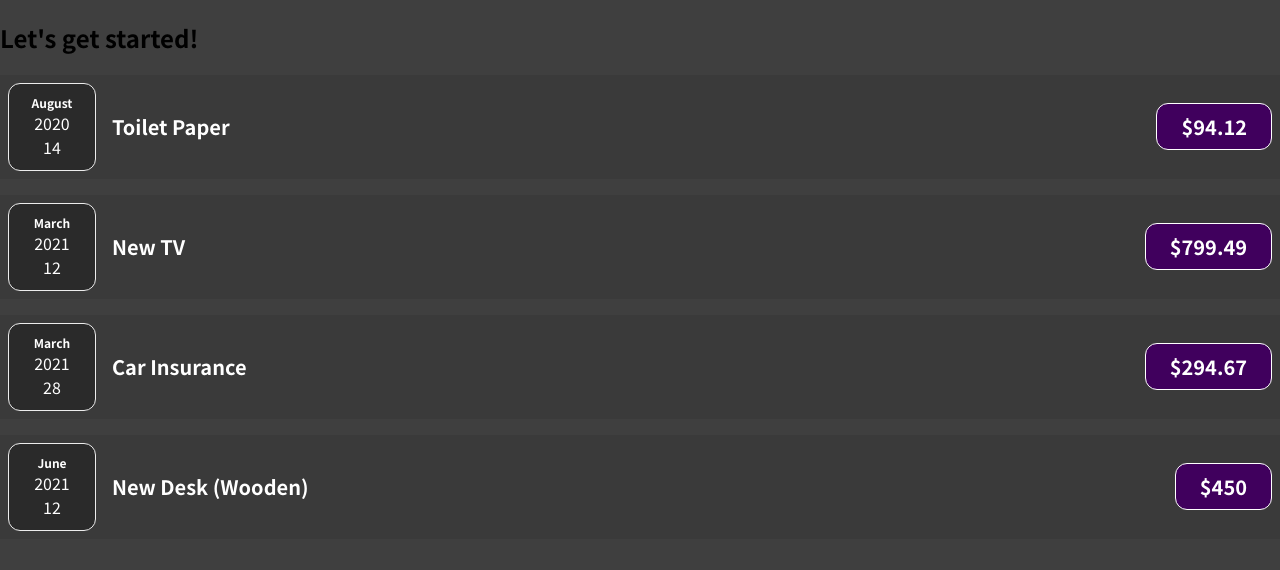
Repository: pial0007l/React
Page: / (app in 01-starting-setup/)
An editor plug-in stored every save of this project. The page is shown before and after the next save, followed by the edit.
The browser window is 1280 px wide. The pictures show the whole page.
The project was rebuilt for these pictures with package versions that can differ from the ones it lists, and the page was loaded fresh each time.

Above is the page before, as saved 2021-07-03 14:24:46.

### 01-starting-setup/src/App.js
import ExpenseItem from './components/ExpenseItem'

function App() {
  const expenses = [
    {
      id: 'e1',
      title: 'Toilet Paper',
      amount: 94.12,
      date: new Date(2020, 7, 14),
    },
    { id: 'e2', title: 'New TV', amount: 799.49, date: new Date(2021, 2, 12) },
    {
      id: 'e3',
      title: 'Car Insurance',
      amount: 294.67,
      date: new Date(2021, 2, 28),
    },
    {
      id: 'e4',
      title: 'New Desk (Wooden)',
      amount: 450,
      date: new Date(2021, 5, 12),
    },
  ];
  return (
    <div>
      <h2>Let's get started!</h2>

      <ExpenseItem
        title = {expenses[0].title}
        date = {expenses[0].date}
        amount = {expenses[0].amount}
      />
       <ExpenseItem
        title = {expenses[1].title}
        date = {expenses[1].date}
        amount = {expenses[1].amount}
      />
       <ExpenseItem
        title = {expenses[2].title}
        date = {expenses[2].date}
        amount = {expenses[2].amount}
      />
       <ExpenseItem
        title = {expenses[3].title}
        date = {expenses[3].date}
        amount = {expenses[3].amount}
      />

    </div>
  );
}

export default App;

### 01-starting-setup/src/components/ExpenseItem.js
import './ExpenseItem.css'
import ExpenseDate from './ExpenseDate'

function ExpenseItem(props){

    return (
        <div className="expense-item">
             <ExpenseDate date = {props.date}/>
             <div className='expense-item__description'>
                 <h2>{props.title}</h2>
                 <div className='expense-item__price'>${props.amount}</div>
             </div>
        </div>

    );
}

export default ExpenseItem;

### 01-starting-setup/src/components/Expenses/ExpenseItem.css
.expense-item {
    display: flex;
    justify-content: space-between;
    align-items: center;
    background-color: #3a3a3a;
    padding: 0.5rem;
    margin: 1rem 0;
  }

  .expense-item__description {
    display: flex;
    flex-direction: column;
    gap: 1rem;
    align-items: flex-end;
    flex-flow: column-reverse;
    justify-content: flex-start;
    flex: 1;
  }

  .expense-item h2 {
    color: #3a3a3a;
    font-size: 1rem;
    flex: 1;
    margin: 0 1rem;
    color: white;
  }

  .expense-item__price {
    font-size: 1rem;
    font-weight: bold;
    color: white;
    background-color: #40005d;
    border: 1px solid white;
    padding: 0.5rem;
    border-radius: 12px;
  }

  @media (min-width: 580px) {
    .expense-item__description {
      flex-direction: row;
      align-items: center;
      justify-content: flex-start;
      flex: 1;
    }

    .expense-item__description h2 {
      font-size: 1.25rem;
    }

    .expense-item__price {
      font-size: 1.25rem;
      padding: 0.5rem 1.5rem;
    }
  }

### 01-starting-setup/src/components/ExpenseDate.js
import './ExpenseDate.css'

function ExpenseDate(props){
    const month = props.date.toLocaleString('en-US',{month: 'long'});
    const day  = props.date.toLocaleString('en-US',{day: '2-digit'});
    const year = props.date.getFullYear();

    return(
            <div className= "expense-date">
                 <div className="expense-date__month">{month}</div>
                 <div>{year}</div>
                 <div>{day}</div>
             </div>
    )
}

export default ExpenseDate;

Loaded but not shown: 01-starting-setup/public/index.html (common file); 01-starting-setup/src/index.js (common file); 01-starting-setup/src/index.css (common file); 01-starting-setup/src/components/ExpenseDate.css (common file)

After the next save:
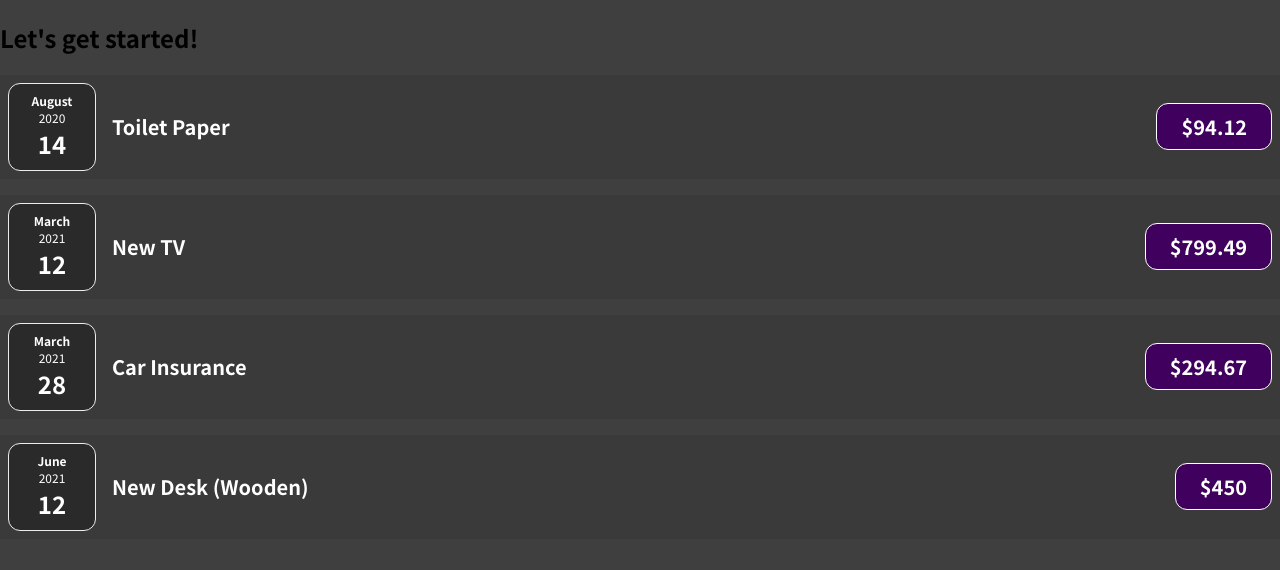
Saved 42 s later.
--- a/01-starting-setup/src/components/ExpenseDate.js
+++ b/01-starting-setup/src/components/ExpenseDate.js
@@ -8,8 +8,8 @@ function ExpenseDate(props){
     return(
             <div className= "expense-date">
                  <div className="expense-date__month">{month}</div>
-                 <div>{year}</div>
-                 <div>{day}</div>
+                 <div className="expense-date__year">{year}</div>
+                 <div className="expense-date__day">{day}</div>
              </div>
     )
 }
